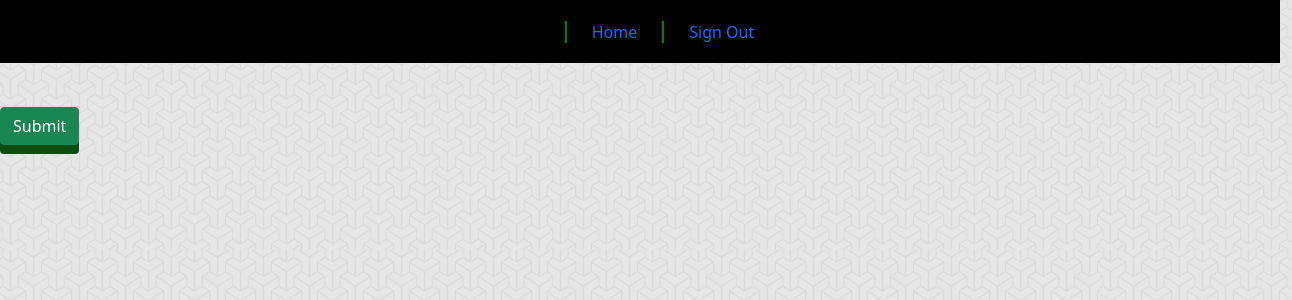
Repository: kavine24/CS490-Python-LMS
Page: html/portal/s/TakeQuiz.html
An editor plug-in stored every save of this project. The page is shown before and after the next save, followed by the edit.
The browser window is 1280 px wide. The page is 1292 px wide, so the pictures cover 1292 px, including what lies to the right of the window. The pictures show the whole page.
The page's requests for data from a server got no answer.

Above is the page before, as saved 2022-04-20 18:28:16.

After the next save:
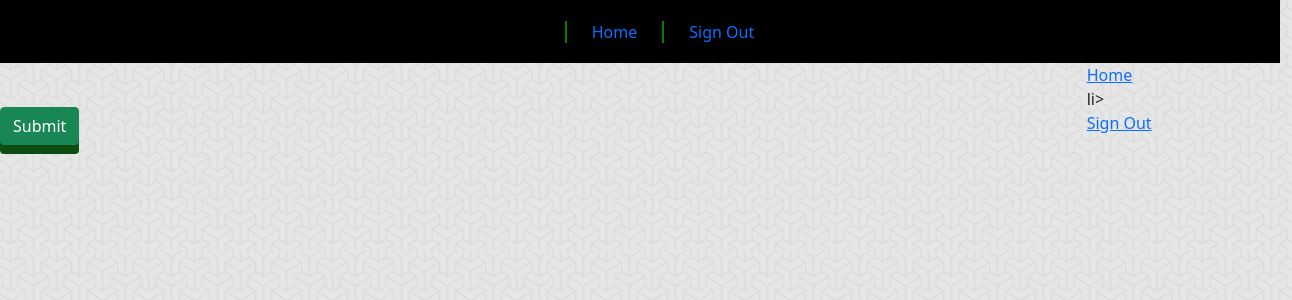
Saved 92 s later.
--- a/html/portal/s/TakeQuiz.html
+++ b/html/portal/s/TakeQuiz.html
@@ -24,6 +24,8 @@
       </div>
       <div id="legend" class="col-2 legend">
         <ul id="legendUL" class="nav flex-column">
+          <li><a href="http://cs490testcenter.ddns.net:50000/portal/s/Home.php">Home</a></li>
+          li><a href="http://cs490testcenter.ddns.net:50000">Sign Out</a></li>
         </ul>
       </div>
     </div>
@@ -91,12 +93,8 @@
                 e.preventDefault();
                 var start = this.selectionStart;
                 var end = this.selectionEnd;
-
-                // set textarea value to: text before caret + tab + text after caret
                 this.value = this.value.substring(0, start) +
                 "\t" + this.value.substring(end);
-
-                // put caret at right position again
                 this.selectionStart = this.selectionEnd = start + 1;
               }
             });
@@ -104,6 +102,7 @@
             question.appendChild(document.createElement("br"));
             question.appendChild(input);
 
+            const legendEntry = document.createElement();
             div.appendChild(question);
 
             const questionandID = {
